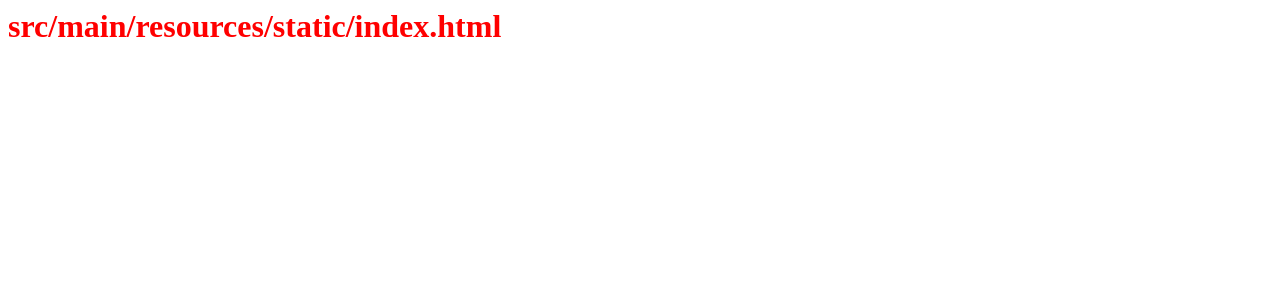
Repository: Six-Tail/JavaFrameWork
Page: 3주차/chaperNew1/src/main/resources/static/member/index.html
The author's editor kept a copy of each file at every save. The page is drawn from the files as they stood at one save, then again after the next save.
The browser window is 1280 px wide. The pictures show the whole page.

Above is the page before, as saved 2024-03-25 01:04:02.

### 3주차/chaperNew1/src/main/resources/static/member/index.html
<html>

<head>
	<style>
		h1{
			color:red;
		}
	</style>
</head>

<body>
	<h1>src/main/resources/static/index.html</h1>
</body>

</html>

After the next save:
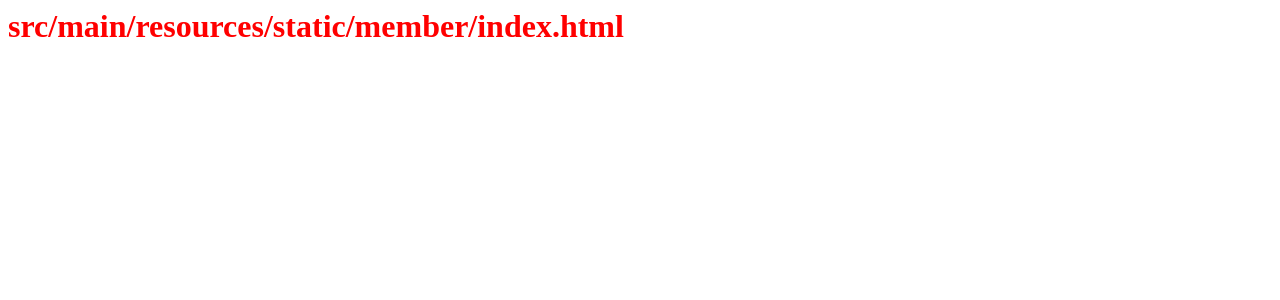
Saved 16 s later.
--- a/3주차/chaperNew1/src/main/resources/static/member/index.html
+++ b/3주차/chaperNew1/src/main/resources/static/member/index.html
@@ -9,7 +9,7 @@
 </head>
 
 <body>
-	<h1>src/main/resources/static/index.html</h1>
+	<h1>src/main/resources/static/member/index.html</h1>
 </body>
 
 </html>
